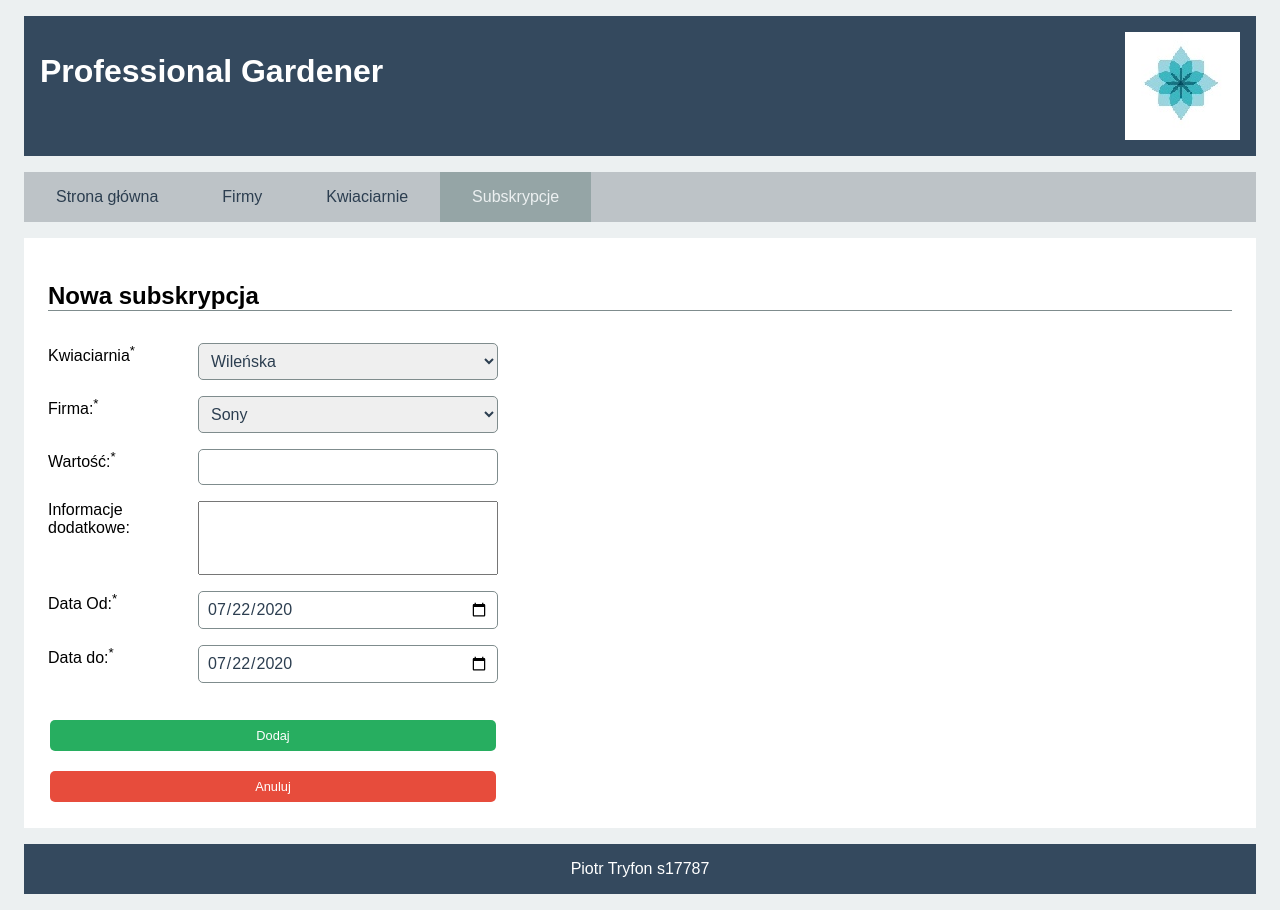
Repository: s17787/TIN
Page: tin_zaoczne_12_s17787_html-css/pages/subscription-form.html
The author's editor kept a copy of each file at every save. The page is drawn from the files as they stood at one save, then again after the next save.
The browser window is 1280 px wide. The pictures show the whole page.

Above is the page before, as saved 2021-01-06 09:40:29.

### tin_zaoczne_12_s17787_html-css/pages/subscription-form.html
<!DOCTYPE html>
<html lang="pl-PL">
<head>
    <meta charset="UTF-8">
    <meta name="viewport" content="width=device-width, initial-scale=1.0">
    <title>Professional Gardener</title>
    <link rel="stylesheet" href="../css/style.css" type="text/css"/>
    <script type="application/javascript" src="js/validationCommon.js"></script>
</head>
<body>
    <header>
        <h1>Professional Gardener</h1>
        <img src="../images/logo.jpg" alt="Professional Gardener">
    </header>
    <nav>
        <ul>
            <li><a href="../index.html" >Strona główna</a></li>
            <li><a href="client-list.html">Firmy</a></li>
            <li><a href="florist-list.html" >Kwiaciarnie</a></li>
            <li><a href="subscription-list.html" class="active">Subskrypcje</a></li>
        </ul>
    </nav>
    <main>
        <h2>Nowa subskrypcja</h2>
        <form class="form">
            <!--<div class="form-group">-->
                <label for="florist_Name">Kwiaciarnia<sup>*</sup></label>
                <select id="florist_Name" name="florist_Name">
                    <option value="wilenska" selected="selected">Wileńska</option>
                    <option value="poludniowa">Południowa</option>
                    <option value="polnocna">Północna</option>
                  </select>
            <!--</div>-->
            <!--<div class="form-group">-->
                <label for="client_Name">Firma:<sup>*</sup></label>
                <select id="client_Name" name="client_Name">
                    <option value="sony" selected="selected">Sony</option>
                    <option value="walmart">Walmart</option>
                    <option value="amazon">Amazon</option>
                  </select>
            <!--</div>-->
            <!--<div class="form-group">-->
                <label for="value">Wartość:<sup>*</sup></label>
                <input type="text" name="value" id="value" />
            <!--</div>-->
            <!--<div class="form-group">-->
                <label for="Informacje">Informacje dodatkowe:</label>
                <textarea type="text" name="Informacje" id="Informacje" rows="4" cols="10" style="resize: none;"></textarea>
            <!--</div>-->
            <!--<div class="form-group">-->
                <label for="date_From">Data Od:<sup>*</sup></label>
                <input type="date" value="2020-07-22" min="2020-07-22" name="date_From" id="date_From" />
            <!--</div>-->
            <!--<div class="form-group">-->
                <label for="date_To">Data do:<sup>*</sup></label>
                <input type="date" value="2020-07-22" name="date_To" id="date_To" />
            <!--</div>-->
            <!--<div class="form-group">-->
                <p id="errorsSummary" class="errors-text"></p>
                <p><a href="subscription-list.html" class="form-button-submit" >Dodaj</a></p>
                <p><a href="subscription-list.html" class="form-button-cancel" >Anuluj</a></p>
            <!--</div>-->
        </form>
    </main>
    <footer>
        Piotr Tryfon s17787
    </footer>
</body>
</html>

### tin_zaoczne_12_s17787_html-css/css/style.css
html {
    background-color: #ecf0f1;
    font-family: sans-serif;
}

body {
    min-width: 360px;
  }

header,
main,
footer {
    background-color: white;
}

header,
main,
footer,
nav {
    margin: 1rem;
}

header,
footer {
    background-color: #34495e;
    color: white;
    padding: 1rem;
}

header {
    display: flex;
    justify-content: space-between;
}

nav {
    background-color: #bdc3c7;
}

nav ul {
    display: flex;
    padding: 0;
    list-style-type: none;
}

nav ul li a {
    display: inline-block;
    color: #2c3e50;
    padding: 1rem 2rem;
    text-decoration: none;
}

nav ul li a:hover {
    background-color: #d35400;
    color: #ecf0f1;
}

nav ul li a.active {
    background-color: #95a5a6;
    color: #ecf0f1;
}

main {
    padding: 1.5rem;
}

footer {
    text-align: center;
}

main h2 {
    border-bottom: 1px solid #7f8c8d;
    margin-bottom: 2rem;
}

.table-list {
    border-collapse: collapse;
    color:#2c3e50;
    width: 100%;
}

.table-list,
.table-list th,
.table-list td {
    border: 1px solid #bdc3c7;
}

.table-list th,
.table-list td {
    padding: 0.5rem;
}

.table-list th,
.table-list tbody tr:nth-child(even) {
    background-color: #ecf0f1;
}

.list-actions {
    margin: 0;
    text-align: center;
    list-style-type: none;
    padding: 0;
}

.list-actions li {
    display: inline-block;
    margin: 0.2em;
}

.list-actions-button-details,
.list-actions-button-edit,
.list-actions-button-delete {
    display: inline-block;
    width: 75px;
    padding: 0.25rem 0.5rem;
}

.list-actions-button-details,
.list-actions-button-edit,
.list-actions-button-delete,
.button-add,
.form-button-submit,
.form-button-cancel {
    border: none;
    border-radius: 5px;
    color: white;
    text-decoration: none;
    text-align: center;
    font-size: 0.8rem;
}

.list-actions-button-details,
.list-actions-button-edit {
    margin-right: 1rem;
}

.list-actions-button-details {
    background-color: #2980b9;
}
.list-actions-button-details:hover {
    background-color: #3498db;
}

.list-actions-button-edit {
    background-color: #f39c12;
}

.list-actions-button-edit:hover {
    background-color: #f1c40f;
}

.form-button-cancel,
.list-actions-button-delete {
    background-color: #c0392b;
}

.form-button-cancel,
.list-actions-button-delete:hover {
    background-color: #e74c3c;
}

.button-add,
.form-button-submit,
.form-button-cancel {
    padding: 0.5rem 1rem;
}

.button-add,
.form-button-submit {
    background-color: #27ae60;
}

.button-add:hover,
.form-button-submit:hover {
    background-color: #2ecc71;
}

button,
input,
select,
textarea {
    font-family: inherit;
    font-size: 100%;
    box-sizing: border-box;
    padding: 0; margin: 0;
}

textarea {
    overflow: auto;
}

.form {
    display: grid;
    grid-template-columns: 150px 300px;
    row-gap: 1rem;
}

.form select,
.form input[type="text"],
.form input[type="number"],
.form input[type="date"],
.form input[type="email"] {
    border: 1px solid #7f8c8d;
    color:#2c3e50;
    border-radius: 5px;
    padding: 0.5rem;
    width: 100%;
}

.form label {
    display: block;
    margin-bottom: 0.5em;
}

.form-group {
    margin-bottom: 1rem;
}

abbr[title='required'] {
    color: #c0392b;
}

.form p {
    grid-column-start: 1;
    grid-column-end: -1;
    margin: 0.1em;
}

.form span {
    grid-column-start: -2;
    grid-column-end: -1;
    margin: 0.1em;
}

.form-button-submit,
.form-button-cancel {
    width: 100%;
}

.form-button-submit,
.form-button-cancel {
    box-sizing: border-box;
    display: block;
}

.form-button-submit {
    margin-bottom: 0.1rem;
}

@media all and (max-width:720px) {
    header {
        flex-direction: column;
    }

    header h1 {
        text-align: center;
    }

    header img {
        align-self: center;
    }
}

@media all and (max-width: 400px) {
    body,
    nav,
    nav ul,
    header,
    main,
    footer {
        margin: 0;
    }
}

@media all and (max-width:720px) {
    nav ul {
        flex-wrap: wrap;
    }

    nav ul li {
        flex-basis: 50%;
        text-align: center;
    }

    nav ul li a {
        display: block;
    }
}

@media all and (max-width: 400px) {
    nav ul li {
        flex-basis: 100%;
    }
}

@media all and (max-width: 720px) {
    .form {
        grid-template-columns: 1fr;
        row-gap:unset;
        margin-left: unset;
        row-gap: 0.3rem;
    }

    .form input[type="text"],
    .form input[type="number"],
    .form input[type="date"],
    .form select {
        margin-bottom: 1rem;
    }
}

Loaded but not shown: tin_zaoczne_12_s17787_html-css/js/validationCommon.js (no stored copy; drawn as an empty file)

After the next save:
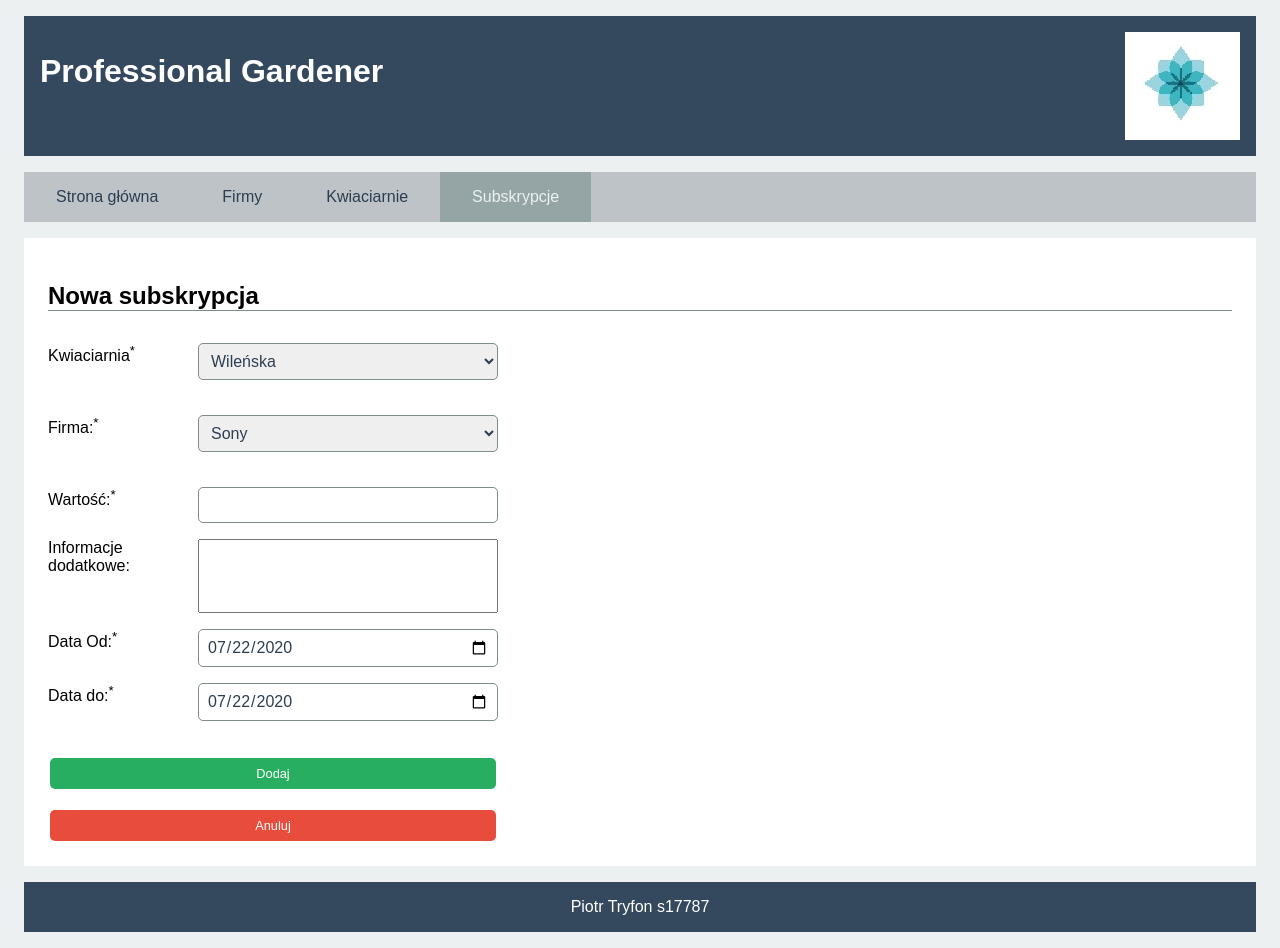
Saved 24 s later.
--- a/tin_zaoczne_12_s17787_html-css/pages/subscription-form.html
+++ b/tin_zaoczne_12_s17787_html-css/pages/subscription-form.html
@@ -30,6 +30,7 @@
                     <option value="poludniowa">Południowa</option>
                     <option value="polnocna">Północna</option>
                   </select>
+                  <span id="errorName" class="errors-text"></span>
             <!--</div>-->
             <!--<div class="form-group">-->
                 <label for="client_Name">Firma:<sup>*</sup></label>
@@ -38,6 +39,7 @@
                     <option value="walmart">Walmart</option>
                     <option value="amazon">Amazon</option>
                   </select>
+                  <span id="errorName" class="errors-text"></span>
             <!--</div>-->
             <!--<div class="form-group">-->
                 <label for="value">Wartość:<sup>*</sup></label>
